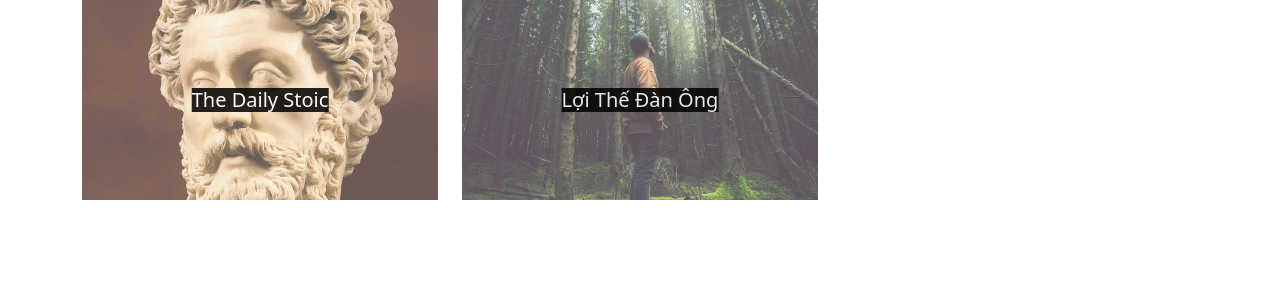
Repository: tran-thien-nhan/quiz_tlln
Page: index.html
An editor plug-in stored every save of this project. The page is shown before and after the next save, followed by the edit.
The browser window is 1280 px wide. The pictures show the whole page.

Above is the page before, as saved 2023-06-25 19:35:52.

### index.html
<!DOCTYPE html>
<html>
<head>
  <title>TLLN QUIZ</title>
  <link rel="stylesheet" href="https://cdn.jsdelivr.net/npm/bootstrap@5.3.0/dist/css/bootstrap.min.css">
  <style>
    .thumbnail-container {
      position: relative;
      width: 100%;
      height: 200px; /* Cập nhật chiều cao ở đây */
      overflow: hidden;
    }
    .thumbnail {
      opacity: 0.7;
      transition: opacity 0.3s ease;
      width: 100%;
      height: 100%;
      object-fit: cover;
    }
    .thumbnail:hover {
      opacity: 1;
    }
    .title {
      position: absolute;
      top: 50%;
      left: 50%;
      transform: translate(-50%, -50%);
      color: white;
      background-color: black;
      opacity: 0.85;
      font-size: 20px;
      text-align: center;
      width: fit-content;
    }
  </style>
</head>
<body>
  <div class="container">
    <div class="row">
      <div class="col-md-4">
        <a href="daily_stoic_quiz.html">
          <div class="thumbnail-container">
            <img src="img/stoic_thumbnail.webp" class="thumbnail img-fluid" alt="Ảnh 1">
            <h5 class="title">The Daily Stoic</h5>
          </div>
        </a>
      </div>

      <div class="col-md-4">
        <a href="men_advantage_quiz.html">
          <div class="thumbnail-container">
            <img src="img/men_advantage.jfif" class="thumbnail img-fluid" alt="Ảnh 2">
            <h5 class="title">Lợi Thế Đàn Ông</h5>
          </div>
        </a>
      </div>
    </div>
  </div>

  <script src="https://cdn.jsdelivr.net/npm/bootstrap@5.3.0/dist/js/bootstrap.bundle.min.js"></script>
</body>
</html>

After the next save:
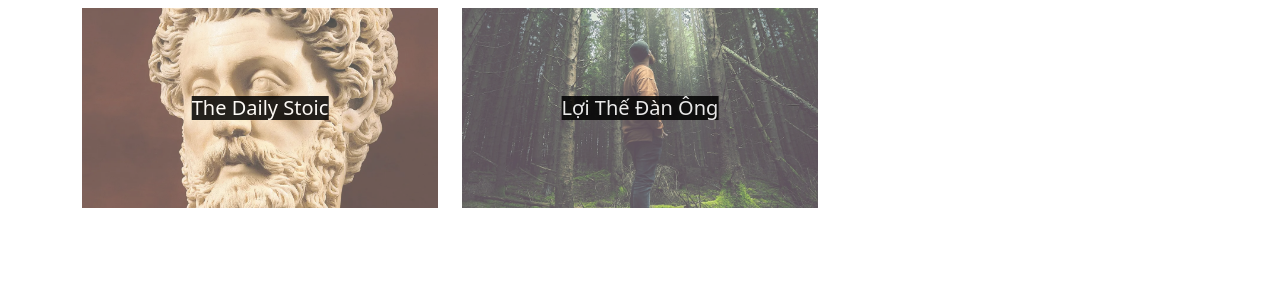
Saved 76 s later.
--- a/index.html
+++ b/index.html
@@ -36,7 +36,7 @@
 </head>
 <body>
   <div class="container">
-    <div class="row">
+    <div class="row mt-2">
       <div class="col-md-4">
         <a href="daily_stoic_quiz.html">
           <div class="thumbnail-container">
